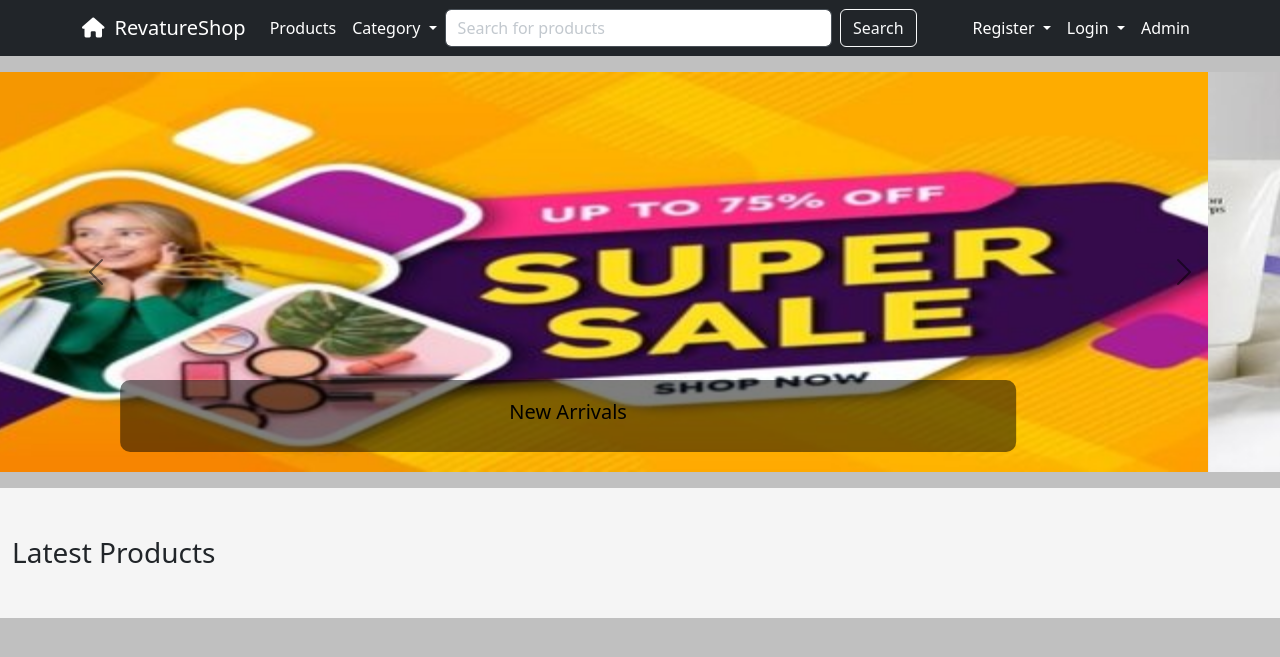
Repository: asmitsuragond15/Project_Ecom
Page: http://localhost/RevatureShop/
The author's editor kept a copy of each file at every save. The page is drawn from the files as they stood at one save, then again after the next save.
The browser window is 1280 px wide. The pictures show the whole page.
The page is served by Tomcat 10. Queries for data that is not in the repository find no rows.

Above is the page before, as saved 2024-08-31 18:12:13.

After the next save:
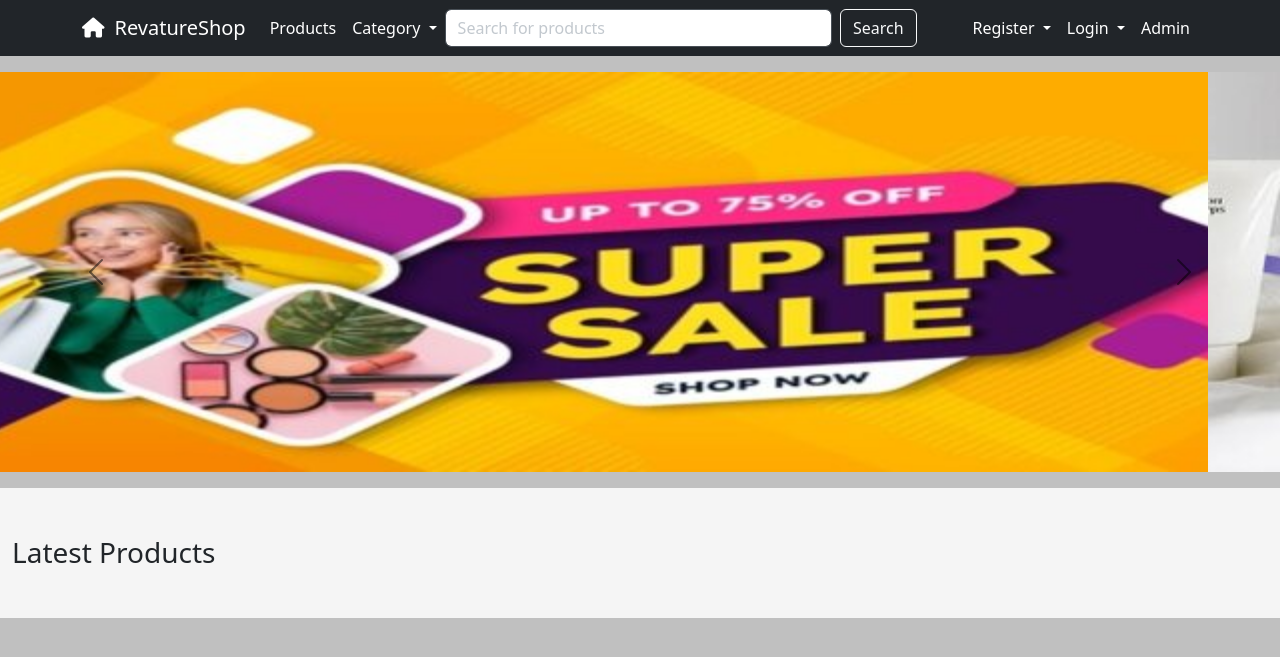
Saved 59 s later.
--- a/RevatureShop/src/main/webapp/index.jsp
+++ b/RevatureShop/src/main/webapp/index.jsp
@@ -126,21 +126,15 @@
         <div class="carousel-inner">
             <div class="carousel-item active">
                 <img src="Images/image1.jpg" class="d-block w-100" alt="...">
-                <div class="carousel-caption d-none d-md-block">
-                    <h5>New Arrivals</h5>
-                </div>
+
             </div>
             <div class="carousel-item">
                 <img src="Images/image2.jpg" class="d-block w-100" alt="...">
-                <div class="carousel-caption d-none d-md-block">
-                    <h5>Top Deals</h5>
-                </div>
+
             </div>
             <div class="carousel-item">
                 <img src="Images/image3.jpg" class="d-block w-100" alt="...">
-                <div class="carousel-caption d-none d-md-block">
-                    <h5>Exclusive Offers</h5>
-                </div>
+
             </div>
         </div>
         <button class="carousel-control-prev" type="button" data-bs-target="#carouselAutoplaying" data-bs-slide="prev">
